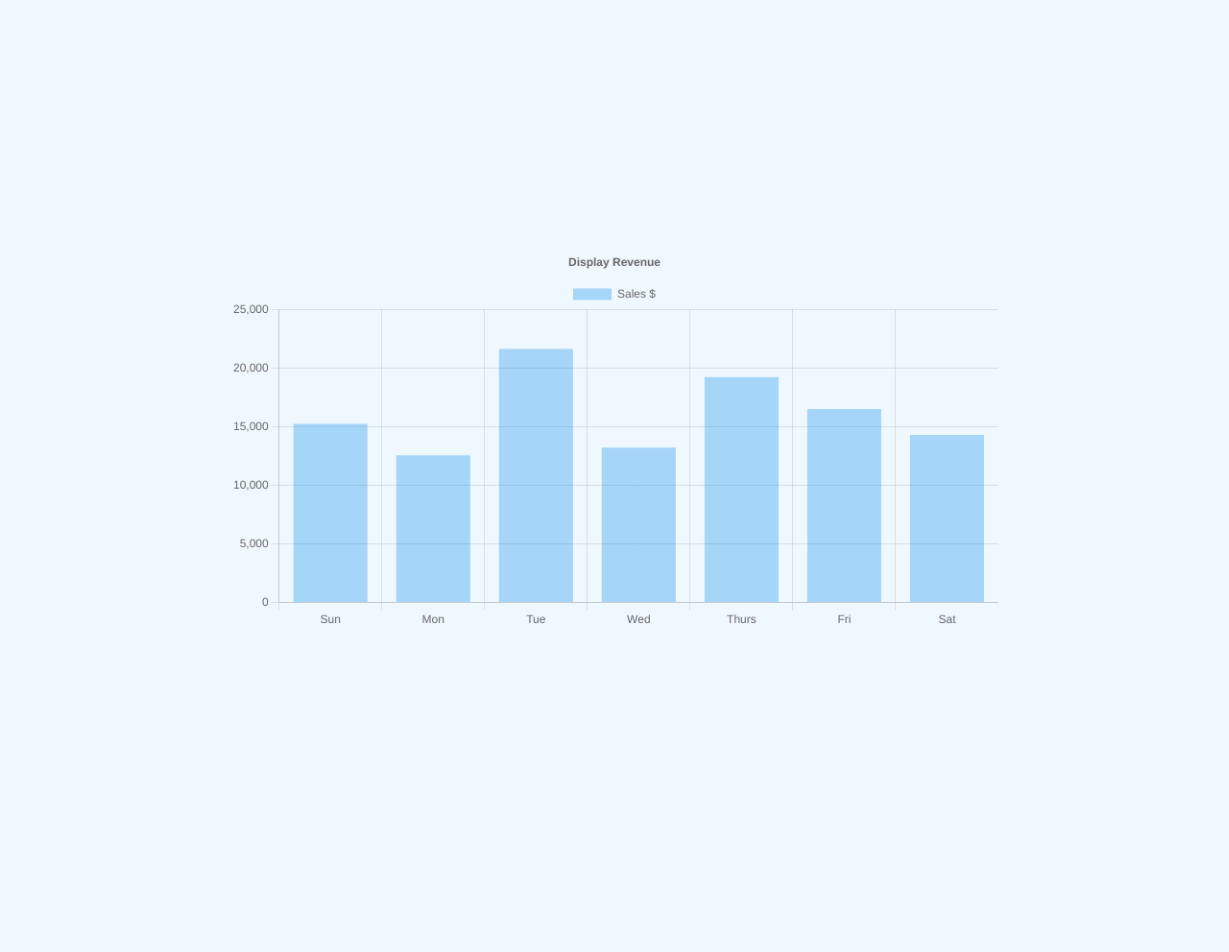
Repository: RonanKhalilOlaes/Week-12-chartActivity
Page: /
These files come from the project's save history. The page is drawn as it stood at one moment and after the next save; the edit follows.
The browser window is 1280 px wide. The pictures show the whole page, at 96% of full size.
The project was rebuilt for these pictures with package versions that can differ from the ones it lists, and the page was loaded fresh each time. The framework's server and built-in components were replaced by stand-ins that run in the browser. Also part of the build but not shown: next.config.js.

Above is the page before, as saved 2023-03-20 10:43:29.

After the next save:
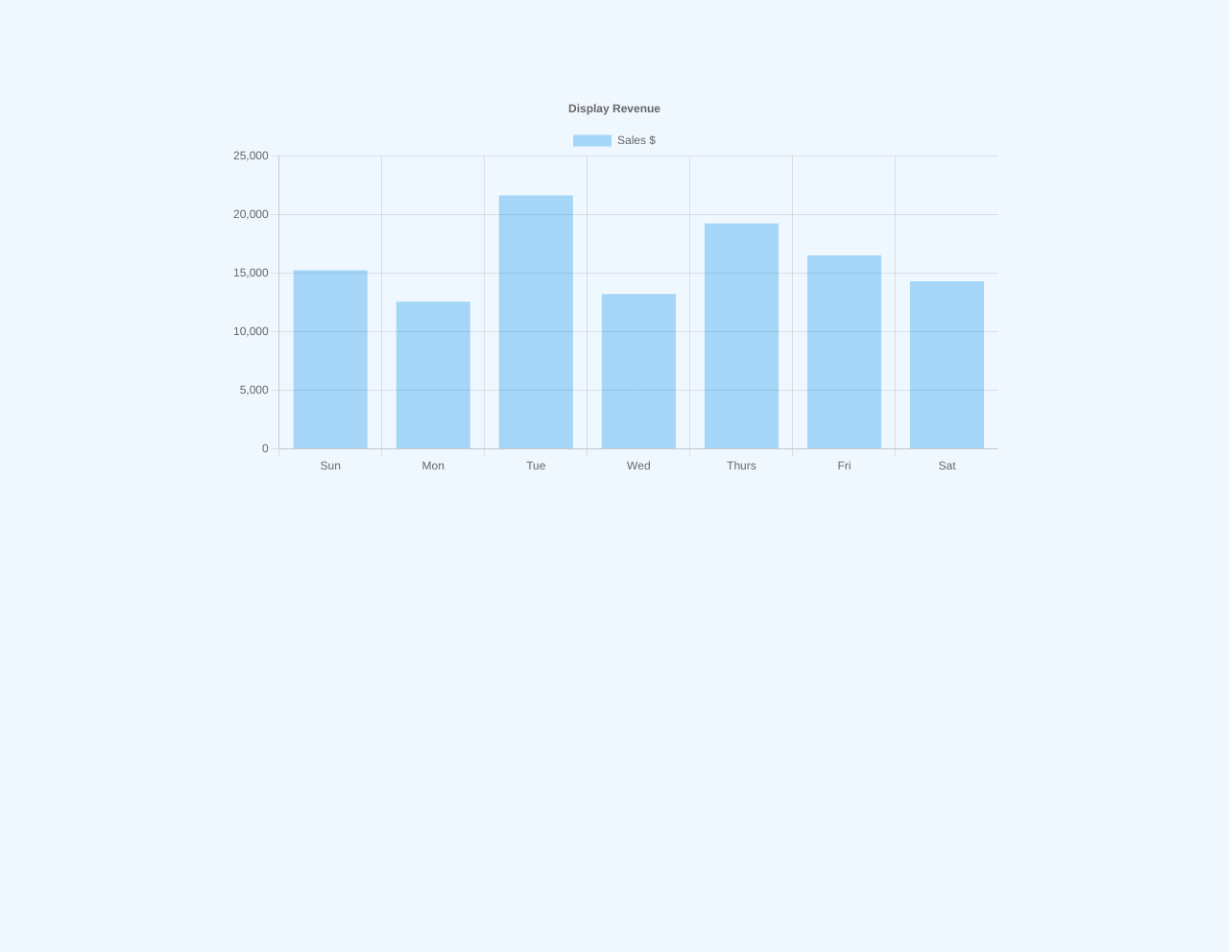
Saved 7 s later.
--- a/components/BarChart/BarChart.module.css
+++ b/components/BarChart/BarChart.module.css
@@ -1,5 +1,4 @@
 .container {
-    padding-top: 10em;
     width: 800px;
     height: 800px;
 }
